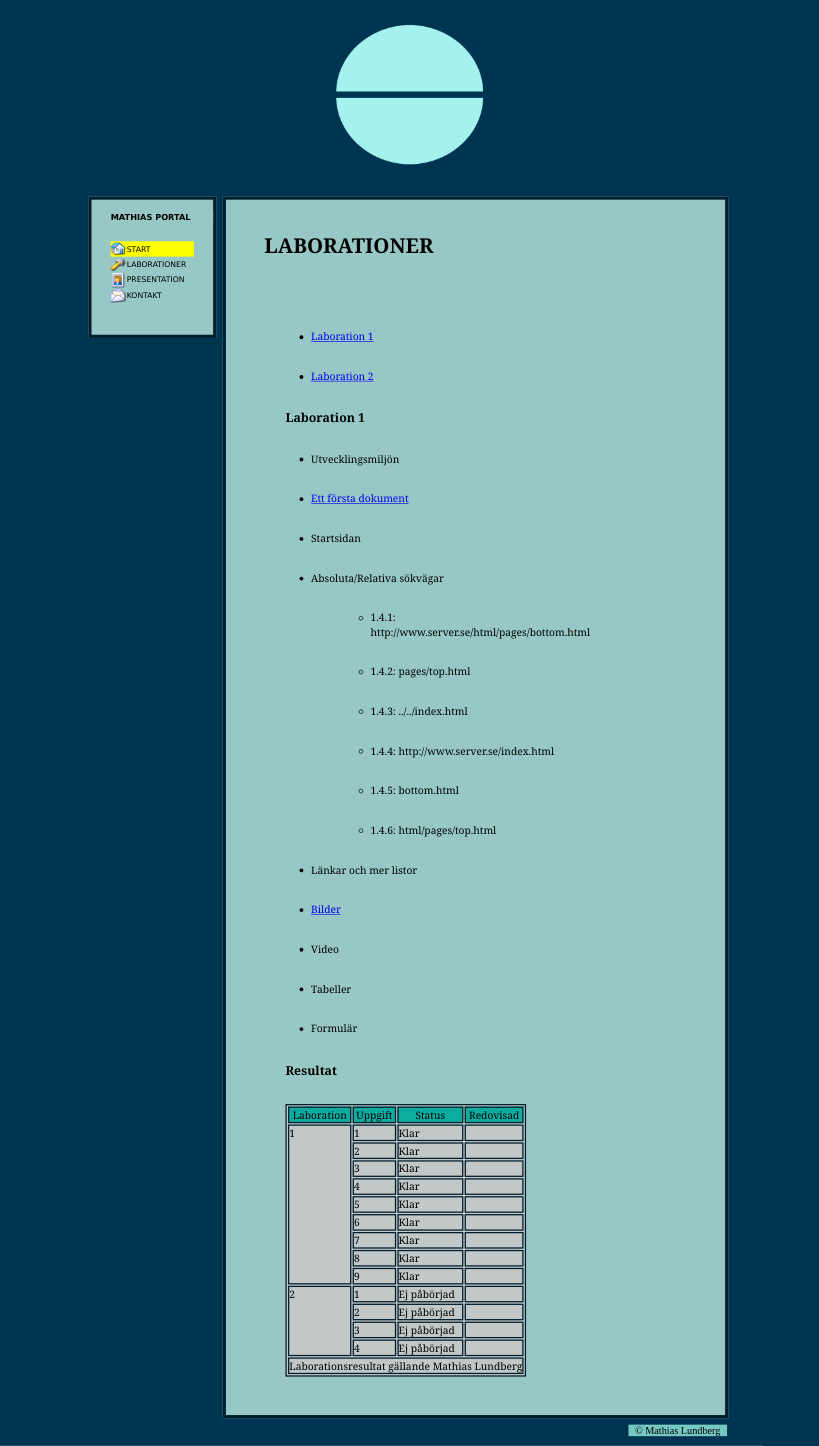
Repository: ml223nw/1ik415-laborationer
Page: pages/laborationer.html
The author's editor kept a record of every edit. The page is drawn from the files as they stood at one moment, then again after the next edit.
The browser window is 1280 px wide. The pictures show the whole page, at 64% of full size.

Above is the page before.

After the next edit:
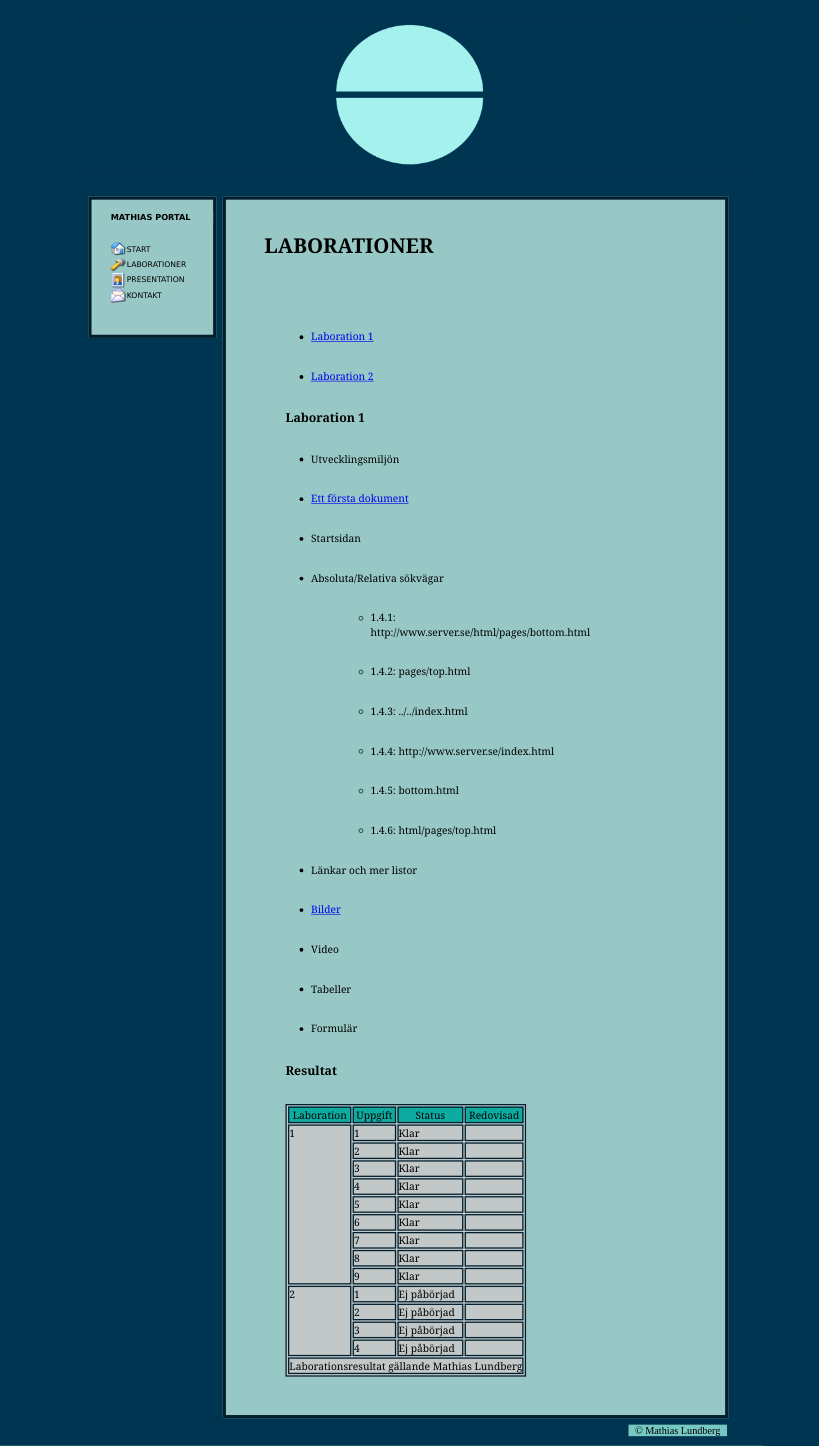
The edit:
--- a/pages/laborationer.html
+++ b/pages/laborationer.html
@@ -17,7 +17,7 @@
         <div id="mathiasportal" class="title">MATHIAS PORTAL</h1>
         </div>
               <ul>
-                  <li><a href="index.html" class="active" id="home">Start</a></li>
+                  <li><a href="../index.html" id="home">Start</a></li>
                   <li><a href="laborationer.html" id="lab">Laborationer</a></li>
                   <li><a href="presentation.html" id="pres">Presentation</a></li>
                   <li><a href="kontakt.html" id="kontakt">Kontakt</a></li>
